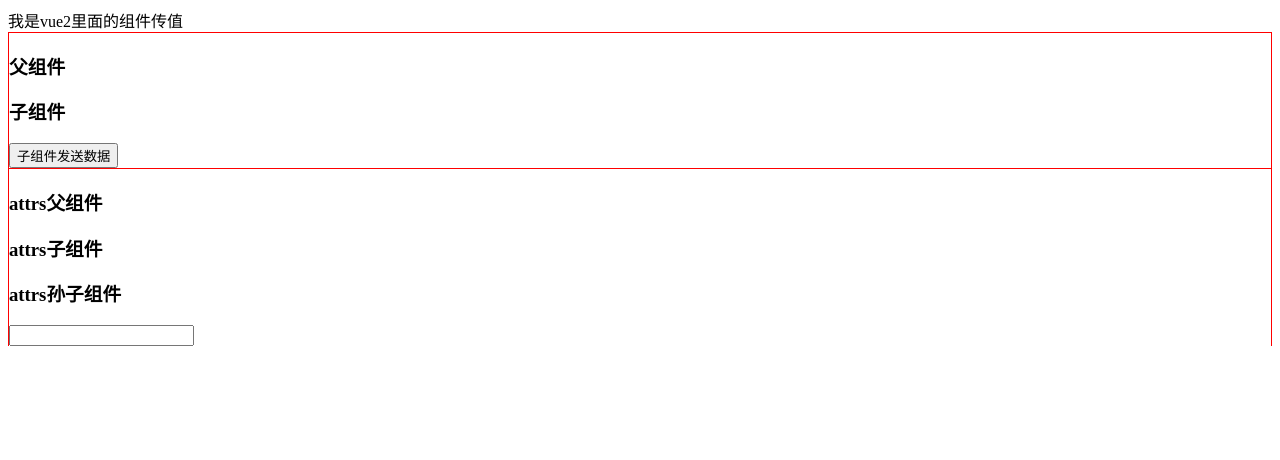
Repository: paranoia-M/vue3-Actions
Page: /vue2
The author's editor kept a copy of each file at every save. The page is drawn from the files as they stood at one save, then again after the next save.
The browser window is 1280 px wide. The pictures show the whole page.
The project was rebuilt for these pictures with package versions that can differ from the ones it lists, and the page was loaded fresh each time. Also part of the build but not shown: vite.config.js, vue.config.js, src/components/demo/Pra.vue, src/components/demo/Pra2.vue, src/components/demo/Pra3.vue, src/components/Component.vue.

Above is the page before, as saved 2022-03-28 10:59:30.

### src/main.js
import { createApp, h } from "vue";
import App from "./App.vue";
import router from "./router";
import MyPlugin from "./plugins/myPlugin/MyPlugin";
import { createPinia } from "pinia";
// import * as Vue from "vue";
// console.log(Vue);

let app = createApp(App);
app.directive("highlight", {
  beforeMount(el, binding, vnode) {
    el.style.background = binding.value;
  },
});

// 使用路由
app.use(router);

// 自定义插件的使用
app.use(MyPlugin, {
  greetings: {
    hello: "Bonjour!",
  },
});

// 注册pinia
app.use(createPinia());

app.mount("#app");
console.log(app.config.globalProperties);

// 应用配置
// app.config.errorHandle = (err) => {
//   console.log(err);
// };
// 等价于
// createApp(
//   {
//     data() {
//       return {
//         data: "main的数据",
//       };
//     },
//     render: () => h(App),
//   },
//   { data: "main改变后的数据" }
// ).mount('#app');

// 等价于
// createApp(App).use(router).use(store).mount('#app')

### src/App.vue

<script setup>
import MyComponent from './components/Component.vue'
</script>

<template>
  <div>
    <!-- <my-component></my-component> -->
    <router-view />
  </div>
</template>

### src/router/index.js
import {
  createRouter,
  createWebHashHistory,
  createWebHistory,
} from "vue-router";
import { defineAsyncComponent } from "vue";

const router = createRouter({
  history: createWebHistory(),
  // history: createWebHashHistory(),
  routes: [
    {
      path: "/",
      name: "home",
      component: defineAsyncComponent(() =>
        import(`../components/Component.vue`)
      ),
    },
    {
      path: "/*",
      redirect: "/",
    },
    //父组件向子组件传递事件处理函数
    {
      path: "/list",
      name: "list",
      component: defineAsyncComponent(() => import(`../pages/list/List.vue`)),
    },
    // watch 监听
    {
      path: "/watch",
      name: "watch",
      component: defineAsyncComponent(() => import(`../pages/watch/Watch.vue`)),
    },
    // 插槽使用
    {
      path: "/slot",
      name: "slot",
      component: defineAsyncComponent(() => import(`../pages/slot/Slot.vue`)),
    },
    // 依赖注入
    {
      path: "/injection",
      name: "injection",
      component: defineAsyncComponent(() =>
        import(`../pages/injection/Injection.vue`)
      ),
    },
    // 可组合函数
    {
      path: "/combination",
      name: "combination",
      component: defineAsyncComponent(() =>
        import(`../pages/combination/Combination.vue`)
      ),
    },
    // 自定义指令
    {
      path: "/define",
      name: "define",
      component: defineAsyncComponent(() =>
        import(`../pages/define/DefineV.vue`)
      ),
    },
    // 内置组件
    {
      path: "/builtin",
      name: "BuiltInCom",
      component: defineAsyncComponent(() =>
        import(`../pages/builtInCom/BuiltIn.vue`)
      ),
    },
    // keep-alive
    {
      path: "/keep",
      name: "Father",
      component: defineAsyncComponent(() => import(`../pages/keep/Father.vue`)),
    },
    // pinia
    {
      path: "/pinia",
      name: "MyState",
      component: defineAsyncComponent(() =>
        import(`../pages/state/MyState.vue`)
      ),
    },
    // vue2 的组件传值
    {
      path: "/vue2",
      name: "TransferValue",
      component: defineAsyncComponent(() =>
        import(`../pages/vueT/componentValue/TransferValue.vue`)
      ),
    },
  ],
});

export default router;

### src/plugins/myPlugin/MyPlugin.js
export default {
  install: (app, options) => {
    //具体的插件代码
    // 按 key 名翻译文本内容的函数
    app.config.globalProperties.$translate = (key) => {
      return key.split(".").reduce((o, i) => {
        if (o) return o[i];
      }, options);
    };

    //插件中的依赖共给/注入
    // 在插件中，我们可以通过 provide 来为插件用户供给一些内容。举个例子，我们可以将 options 参数提供给整个应用，以便各个组件都能使用这个翻译字典对象。

    app.provide("MyPlugin", options);
  },
};

### src/pages/vueT/componentValue/TransferValue.vue
<template>
  <div>
    {{ msg }}
    <div class="box">
      <parent-child></parent-child>
    </div>
    <div class="box">
      <attrs-parent></attrs-parent>
    </div>
  </div>
</template>

<script>
import AttrsParent from "./attrs/AttrsParent.vue";
import parentChild from "./parentChild/index.vue";
export default {
  data() {
    return {
      msg: "我是vue2里面的组件传值",
    };
  },
  components: {
    parentChild,
    AttrsParent,
  },
};
</script>

<style scoped>
.box {
  border: red solid 1px;
  border-bottom: none;
}
</style>

### src/pages/vueT/componentValue/attrs/AttrsParent.vue
<template>
  <div>
    <h3>attrs父组件</h3>
    <attrs-child
      @changeData="changeData"
      :attrsState="attrsState"
    ></attrs-child>
  </div>
</template>

<script>
import AttrsChild from "./AttrsChild.vue";
export default {
  data() {
    return {
      attrsState: "我是attrs父组件里面的数据",
    };
  },
  components: { AttrsChild },
  methods: {
    changeData(value) {
      this.attrsState = value;
    },
  },
};
</script>

<style>
</style>

### src/pages/vueT/componentValue/parentChild/index.vue
<template>
  <div>
    <parent-com></parent-com>
  </div>
</template>

<script>
import ParentCom from "./ParentCom.vue";
export default {
  components: { ParentCom },
};
</script>

<style>
</style>

### src/pages/vueT/componentValue/attrs/AttrsChild.vue
<template>
  <div>
    <h3>attrs子组件</h3>
    <attrs-child-son v-bind="$attrs" v-on="$listeners"></attrs-child-son>
  </div>
</template>

<script>
import AttrsChildSon from "./AttrsChildSon.vue";
export default {
  components: { AttrsChildSon },
};
</script>

<style>
</style>

### src/pages/vueT/componentValue/parentChild/ParentCom.vue
<template>
  <div>
    <h3>父组件</h3>
    <children-com
      :parentState="parentState"
      @childSendState="getChildData"
      ref="childRef"
    ></children-com>
  </div>
</template>

<script>
import ChildrenCom from "./ChildrenCom.vue";
export default {
  data() {
    return {
      parentState: "我是父组件的数据",
    };
  },
  components: {
    ChildrenCom,
  },
  methods: {
    getChildData(data) {
      console.log(data);
      console.log(this.$refs.childRef.childRefState);
    },
  },
};
</script>

<style>
</style>

### src/pages/vueT/componentValue/attrs/AttrsChildSon.vue
<template>
  <div>
    <h3>attrs孙子组件</h3>
    <input type="text" @input="handleInput" />
  </div>
</template>

<script>
export default {
  data() {
    return {
      inputValue: "",
    };
  },
  props: { attrsState: { String } },
  created() {
    this.inputValue = this.attrsState;
  },
  mounted() {
    console.log(this.$listeners);
    console.log(this.attrsState);
  },
  methods: {
    handleInput() {
      this.$emit("changeData", this.inputValue);
    },
  },
};
</script>

<style>
</style>

### src/pages/vueT/componentValue/parentChild/ChildrenCom.vue
<template>
  <div>
    <h3>子组件</h3>
    <button @click="childSendState">子组件发送数据</button>
  </div>
</template>

<script>
export default {
  data() {
    return {
      childState: "我是子组件的数据",
      childRefState: "我是子组件ref绑定的数据",
    };
  },
  props: ["parentState"],
  mounted() {
    console.log(this.parentState);
    console.log(this.$parent.parentState);
  },
  methods: {
    childSendState() {
      this.$emit("childSendState", this.childState);
    },
  },
};
</script>

<style>
</style>

Loaded but not shown: index.html (common file)

After the next save:
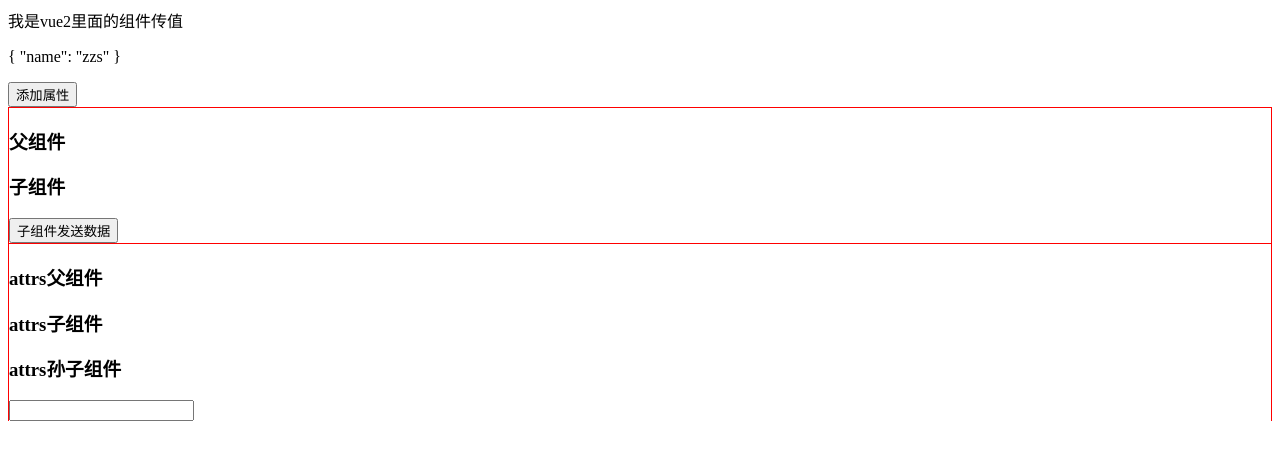
Saved 46 h 39 min later.
--- a/src/pages/vueT/componentValue/TransferValue.vue
+++ b/src/pages/vueT/componentValue/TransferValue.vue
@@ -1,6 +1,8 @@
 <template>
   <div>
     {{ msg }}
+    <p>{{ newAttr }}</p>
+    <button @click="addAttr">添加属性</button>
     <div class="box">
       <parent-child></parent-child>
     </div>
@@ -17,6 +19,9 @@ export default {
   data() {
     return {
       msg: "我是vue2里面的组件传值",
+      newAttr: {
+        name: "zzs",
+      },
     };
   },
   components: {
